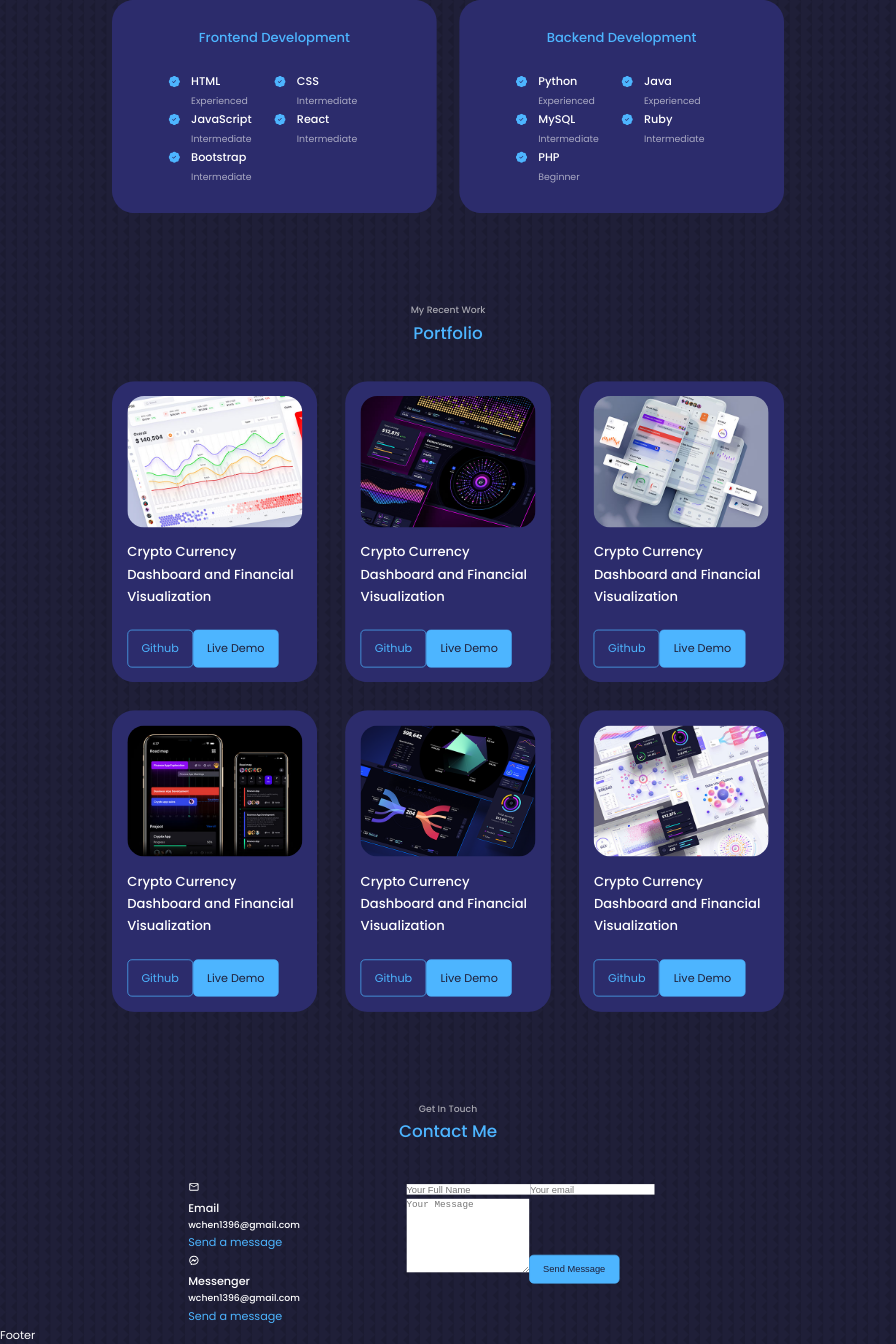
Repository: smallchungus/resumeWebsite
Page: / (app in hello/)
An editor plug-in stored every save of this project. The page is shown before and after a run of saves, followed by the edit.
The browser window is 1280 px wide. The pictures show the part of the page from y = 1902 to 3822 px (the page is 3822 px tall), at 70% of full size.
The project was rebuilt for these pictures with package versions that can differ from the ones it lists, and the page was loaded fresh each time. Also part of the build but not shown: hello/src/components/services/Services.jsx, hello/src/components/testimonial/Testimonial.jsx, hello/src/components/footer/footer.css. Imported but missing from the stored project, and not drawn on this page: hello/src/assets/cv.pdf.

Above is the page before, as saved 2023-03-24 13:21:52.

### hello/public/index.html
<!DOCTYPE html>
<html lang="en">

<head>
    <meta charset="UTF-8">
    <meta http-equiv="X-UA-Compatible" content="IE=edge">
    <meta name="viewport" content="width-device-width, initial-scale=1.0">
    <title>Resume Portfolio Website</title>
</head>
<body>
    <div id="root"></div>
</body>
</html>

### hello/src/App.jsx
import React from 'react'
import Header from './components/header/Header'
import Nav from './components/nav/Nav'
import About from './components/about/About'
import Experience from './components/experience/Experience'
import Services from './components/services/Services'
import Portfolio from './components/portfolio/Portfolio'
import Testimonial from './components/testimonial/Testimonial'
import Contact from './components/contact/Contact'
import Footer from './components/footer/Footer'

const App = () => {
  return (
    <>
    <Header />
    <Nav />
    <About />
    <Experience />
   {/* <Services /> */}
    <Portfolio />
  {/*<Testimonial/> */}
    <Contact />
    <Footer />
    </>
  )
}

export default App

### hello/src/index.css
@import url('https://fonts.googleapis.com/css2?family=Poppins:wght@300;400;500;600&display=swap');

*{
    margin: 0;
    padding: 0;
    border :0;
    outline: 0;
    box-sizing: border-box;
    list-style: none;
    text-decoration: none;

}

:root {
    --color-bg: #1f1f38;
    --color-bg-variant: #2c2c6c;
    --color-primary: #4db5ff;
    --color-primary-variant: rgba(77, 181, 255, 0.4);
    --color-white: #fff;
    --color-light: rgba(255,255,255,0.6);

    --transition: all 400ms ease;

    --container-width-lg: 75%;
    --container-width-md: 86%;
    --container-width-sm: 90%;

}

html{
    scroll-behavior: smooth;
}

body{
    font-family: 'Poppins', sans-serif;
    background: var(--color-bg);
    color: var(--color-white);
    line-height: 1.7;
    background-image: url(../src/assets/bg-texture.png)
}

/* ======================= General Styles =================*/

.container{
    width: var(--container-width-lg);
    margin: 0 auto;
}

h1,h2,h3,h4,h5{
    font-weight: 500;
}

h1{
    font-size:2.5rem;

}

section {
    margin-top: 8rem;

}

section > h2, section > h5 {
    text-align: center;
    color: var(--color-light);
}

section > h2 {
    color: var(--color-primary);
    margin-bottom: 3rem;
}

.text-light{
    color:var(--color-light);
}

a{
    color: var(--color-primary);
    transition: var(--transition);
}

a:hover{
    color: var(--color-white);
}

.btn{
    width: max-content;
    display: inline-block;
    color: var(--color-primary);
    padding: 0.75rem 1.2rem;
    border-radius: 0.4rem;
    cursor: pointer;
    border: 1px solid var(--color-primary);
    transition: var( --transition );
}

.btn:hover{
    background: var(--color-white);
    color: var(--color-bg);
    border-color: transparent;
}

.btn-primary{
    background: var(--color-primary);
    color: var(--color-bg);
}

img{
    display: block;
    width: 100%;
    object-fit: cover;
}


/*==================Media Queries (Medium Devices ) ============= */
@media screen and (max-width: 1024px) {
    .container{
        width: var(--container-width-md);
    }

    section{
        margin-top: 6rem;
    }
}

/*==================Media Queries (Small Devices ) ============= */
@media screen and (max-width: 600px) {
    .container{
        width: var(--container-width-sm);
    }

    section > h2{
        margin-top: 2rem;
    }
}

### hello/src/components/header/Header.jsx
import React from 'react'
import './header.css'
import CTA from './CTA'
import ME from '../../assets/me.png'
import HeaderSocials from './HeaderSocials'
const Header = () => {
  return (
    <header>
      <div className="container header_container">
        <h5>Hello I'm</h5>
        <h1>William Chen</h1>
        <h5 className='text-light'>Fullstack Developer</h5>
        <CTA />
        <HeaderSocials/>

        <div className="me">
          <img src={ME} alt="me" />
        </div>

        <a href='#contact' className='scroll_down'>Scroll down</a>
      </div>
    </header>
  )
}

export default Header

### hello/src/components/nav/Nav.jsx
import React from 'react'
import './nav.css'
import {AiOutlineHome} from 'react-icons/ai'
import {AiOutlineUser}  from 'react-icons/ai'
import {BiBook} from 'react-icons/bi'
import {RiServiceLine} from 'react-icons/ri'
import {BiMessageSquareDetail} from 'react-icons/bi'
import {useState} from 'react'

const Nav = () => {
  const[activeNav, setActiveNav] = useState('#');
  return (
    <nav>
      <a href="#" onClick={() => setActiveNav('#')} className={activeNav === '#' ? 'active' : ''}><AiOutlineHome/></a>
      <a href="#about" onClick={() => setActiveNav('#about')} className={activeNav === '#about' ? 'active' : ''}><AiOutlineUser/></a>
      <a href="#experience" onClick={() => setActiveNav('#experience')} className={activeNav === '#experience' ? 'active' : ''}><BiBook/></a>
      <a href="#services" onClick={() => setActiveNav('#services')} className={activeNav === '#services' ? 'active' : ''}><RiServiceLine/></a>
      <a href="#contact" onClick={() => setActiveNav('#contact')} className={activeNav === '#contact' ? 'active' : ''}><BiMessageSquareDetail/></a>
    </nav>
  )
}

export default Nav

### hello/src/components/about/About.jsx
import React from 'react'
import './about.css'
import ME from '../../assets/me-about.jpg'
import {FiAward} from 'react-icons/fi'
import {FiUsers} from 'react-icons/fi'
import {VscFolderLibrary} from 'react-icons/vsc'

const About = () => {
  return (
    <section id='about'>
      <h5>Get To Know </h5>
      <h2>About Me</h2>

      <div className="container about_container">
        <div className="about_me" >
          <div className="about_me-image">
          <img src={ME} alt="About Image" />
          </div>
        </div>

        <div className="about_content">
          <div className="about_cards">
            <article className="about_card">
              <FiAward className='about_icon'/>
              <h5>Experience</h5>
              <small>1 Year Working</small>
            </article>
            <article className="about_card">
              <FiUsers className='about_icon'/>
              <h5>Clients</h5>
              <small>200+ clients worldwide</small>
            </article>
            <article className="about_card">
              <VscFolderLibrary className='about_icon'/>
              <h5>Projects</h5>
              <small>80+ completed</small>
            </article>
          </div>
          <p>
          Lorem ipsum dolor sit amet, consectetur adipiscing elit. Etiam lacinia nisl sit amet placerat gravida. Phasellus nibh neque, placerat in faucibus
          id, eleifend id dui. Nunc ultrices condimentum elit eu faucibus. Curabitur sed libero magna. Pellentesque magna dui, egestas sed turpis
          sit amet, pretium dictum orci. Suspendisse vestibulum lacinia elit quis tempus. Integer at enim velit. Aenean scelerisque mollis nulla eu finibus. Aenean eu purus lacinia, ultricies dolor ac, finibus elit.
          Cras quis molestie ante. In tristique arcu libero, et egestas lorem eleifend ut. Maecenas eget sem scelerisque, aliquam nisl quis, consectetur urna. Sed at eros ac arcu iaculis blandit eget nec dui. Nullam porta,
          ipsum vitae pharetra vestibulum, nunc mi lacinia eros, pellentesque varius tortor nulla ut dui. Sed blandit leo pretium egestas vulputate. Pellentesque porta bibendum ante et consectetur.
          </p>
          <a href="#contact" className='btn btn-primary'>Let's Talk</a>

        </div>
      </div>
    </section>
  )
}

export default About

### hello/src/components/experience/Experience.jsx
import React from 'react'
import './experience.css'
import {BsPatchCheck, BsPatchCheckFill} from 'react-icons/bs'

const Experience = () => {
  return (
    <section id='experience'>
      <h5>What Skills I have</h5>
      <h2>What Experience</h2>

      <div className="container experience_container">
        <div className="experience_frontend">
          <h3>Frontend Development</h3>
          <div className="experience_content">
            <article className='experience_details'>
              <BsPatchCheckFill className='experience_details_icon'/>
              <div>
                <h4>HTML</h4>
                <small className='text-light'> Experienced </small>
              </div>
            </article>
            <article className='experience_details'>
              <BsPatchCheckFill className='experience_details_icon'/>
              <div>
                <h4>CSS</h4>
                <small className='text-light'> Intermediate </small>
              </div>
            </article>
            <article className='experience_details'>
              <BsPatchCheckFill className='experience_details_icon'/>
              <div>
                <h4>JavaScript</h4>
                <small className='text-light'> Intermediate </small>
              </div>
            </article>
            <article className='experience_details'>
              <BsPatchCheckFill className='experience_details_icon'/>
              <div>
                <h4>React</h4>
                <small className='text-light'> Intermediate </small>
              </div>
            </article>
            <article className='experience_details'>
              <BsPatchCheckFill className='experience_details_icon'/>
              <div>
                <h4>Bootstrap</h4>
                <small className='text-light'> Intermediate </small>
              </div>
            </article>
          </div>
          </div>


          <div className="experience_backend">
          <h3>Backend Development</h3>
          <div className="experience_content">
            <article className='experience_details'>
              <BsPatchCheckFill className='experience_details_icon'/>
              <div>
                <h4>Python</h4>
                <small className='text-light'> Experienced </small>
              </div>
            </article>
            <article className='experience_details'>
              <BsPatchCheckFill className='experience_details_icon'/>
              <div>
                <h4>Java</h4>
                <small className='text-light'> Experienced </small>
              </div>
            </article>
            <article className='experience_details'>
              <BsPatchCheckFill className='experience_details_icon'/>
              <div>
                <h4>MySQL</h4>
                <small className='text-light'> Intermediate </small>
              </div>
            </article>
            <article className='experience_details'>
              <BsPatchCheckFill className='experience_details_icon'/>
              <div>
                <h4>Ruby</h4>
                <small className='text-light'> Intermediate </small>
              </div>
            </article>
            <article className='experience_details'>
              <BsPatchCheckFill className='experience_details_icon'/>
              <div>
                <h4>PHP</h4>
                <small className='text-light'> Beginner </small>
              </div>
            </article>
            </div>
          </div>
      </div>
    </section>
  )
}

export default Experience

### hello/src/components/portfolio/Portfolio.jsx
import React from 'react'
import './portfolio.css'
import IMG1 from '../../assets/portfolio1.jpg'
import IMG2 from '../../assets/portfolio2.jpg'
import IMG3 from '../../assets/portfolio3.jpg'
import IMG4 from '../../assets/portfolio4.jpg'
import IMG5 from '../../assets/portfolio5.png'
import IMG6 from '../../assets/portfolio6.jpg'

const data =[
  {
    id: 1,
    image: IMG1,
    title: 'Crypto Currency Dashboard and Financial Visualization',
    github: 'https://github.com',
    demo: 'https://dribble.com/shots/16673715-Crypto-currency-dashboards-and-financial-data-visualization'
  },
  {
    id: 2,
    image: IMG2,
    title: 'Crypto Currency Dashboard and Financial Visualization',
    github: 'https://github.com',
    demo: 'https://dribble.com/shots/16673715-Crypto-currency-dashboards-and-financial-data-visualization'
  },
  {
    id: 3,
    image: IMG3,
    title: 'Crypto Currency Dashboard and Financial Visualization',
    github: 'https://github.com',
    demo: 'https://dribble.com/shots/16673715-Crypto-currency-dashboards-and-financial-data-visualization'
  },
  {
    id: 4,
    image: IMG4,
    title: 'Crypto Currency Dashboard and Financial Visualization',
    github: 'https://github.com',
    demo: 'https://dribble.com/shots/16673715-Crypto-currency-dashboards-and-financial-data-visualization'
  },
  {
    id: 5,
    image: IMG5,
    title: 'Crypto Currency Dashboard and Financial Visualization',
    github: 'https://github.com',
    demo: 'https://dribble.com/shots/16673715-Crypto-currency-dashboards-and-financial-data-visualization'
  },
  {
    id: 6,
    image: IMG6,
    title: 'Crypto Currency Dashboard and Financial Visualization',
    github: 'https://github.com',
    demo: 'https://dribble.com/shots/16673715-Crypto-currency-dashboards-and-financial-data-visualization'
  },
]
const Portfolio = () => {
  return (
    < section id='portfolio'>
    <h5>My Recent Work</h5>
    <h2>Portfolio</h2>

    <div className="container portfolio_container">
    {
      data.map(({id, image, title, github, demo}) => {
        return(
      <article key={id} className='portfolio_item'>
        <div className='portfolio_item-image'>
          <img src={image} alt={title}/>
        </div>
        <h3>{title}</h3>
        <div className="portoflio_item-cta">
          <a href={github} className='btn' target='blank'>Github</a>
          <a href={demo} className='btn btn-primary' target='_blank'>Live Demo</a>
        </div>
      </article>
        )
      })
    }
    </div>
  </section>
  )
}

export default Portfolio

### hello/src/components/contact/Contact.jsx
import React from 'react'
import './contact.css'
import {MdOutlineEmail} from 'react-icons/md'
import {RiMessengerLine} from 'react-icons/ri'


const Contact = () => {
  return (
    <section id='contact'>
      <h5>Get In Touch</h5>
      <h2>Contact Me</h2>

      <div className="container contact_container">
        <div className="contact_options">
          <article className="contact_option">
            <MdOutlineEmail/>
            <h4>Email</h4>
            <h5>wchen1396@gmail.com</h5>
            <a href="mailto:wchen1396@gmail.com">Send a message</a>
          </article>
          <article className="contact_option">
            <RiMessengerLine/>
            <h4>Messenger</h4>
            <h5>wchen1396@gmail.com</h5>
            <a href="https://www.facebook.com/smalltaiwaneseboyo/">Send a message</a>
          </article>
        </div>
        {/*END OF CONTACT OPTIONS */}
        <form action="">
          <input type="text" name='name' placeholder='Your Full Name' required/>
          <input type='email' name='email' placeholder='Your email' required/>
          <textarea name="message" rows="7" placeholder='Your Message' required></textarea>
          <button type='submit' className='btn btn-primary'>Send Message</button>
        </form>
      </div>
    </section>
  )
}

export default Contact

### hello/src/components/header/header.css
header {
    height: 100vh;
    padding-top: 7rem;
    overflow: hidden;
}

.header_container{
    text-align: center;
    height: 100%;
    position: relative;
}

/*========================= CTA ======================= */
.cta {
    margin-top: 2.5rem;
    display: flex;
    gap: 1.2rem;
    justify-content: center;

}

/* ======================= Header Socials ==================== */
.header_socials {
    display: flex;
    flex-direction: column;
    align-items: center;
    gap: 0.8rem;
    position: absolute;
    left: 0;
    bottom: 3rem;

}

.header_socials::after{
    content: '';
    width: 1px;
    height: 2rem;
    background: var(--color-primary);
}

/* ===================== ME ==================*/

.me{
    background: linear-gradient(var(--color-primary), transparent);
    width: 22rem;
    height: 30rem;
    position: absolute;
    left: calc(50% - 11rem);
    margin-top: 4rem;
    border-radius: 12rem 12rem 0 0;
    overflow: hidden;
    padding: 5rem 1.5rem 1.5rem 1.5rem;

}

.scroll_down {
    position: absolute;
    right: -2.3rem;
    bottom: 5rem;
    transform: rotate(90deg);
    font-weight: 300;
    font-size: 0.9rem;
}

@media screen and (max-width: 600px) {
    header {
        height: 100vh;
    }
}

@media screen and (max-width: 600px)
{
    header {
        height: 100vh;
    }

    .header_socials, .scroll_down{
        display: none;
    }
}

### hello/src/components/header/CTA.jsx
import React from 'react'
import CV from '../../assets/cv.pdf'
const CTA = () => {
  return (
    <div className ='cta'>
        <a href={CV} download className='btn'>Download CV</a>
        <a href="#contact" className='btn btn-primary'>Let's Talk</a>
    </div>
  )
}

export default CTA

### hello/src/components/header/HeaderSocials.jsx
import React from 'react'
import {BsLinkedin} from 'react-icons/bs'
import {BsGithub} from 'react-icons/bs'
import {AiFillDribbbleSquare} from 'react-icons/ai'
const HeaderSocials = () => {
  return (
    <div className='header_socials'>
        <a href="https://linkedin.com/willchenn" target="_blank"><BsLinkedin></BsLinkedin></a>
        <a href="https://github.com/smallchungus" target="_blank"><BsGithub></BsGithub></a>
        <a href="https://dribble.com/" target="_blank"><AiFillDribbbleSquare></AiFillDribbbleSquare></a>
        </div>
  )
}

export default HeaderSocials

### hello/src/components/nav/nav.css
nav {
    background: rgba(0, 0, 0, 0.3);
    width: max-content;
    display: block;
    padding: 0.7rem 1.7rem;
    z-index: 2;
    position: fixed;
    left: 50%;
    transform: translateX(-50%);
    bottom: 2rem;
    display: flex;
    gap: 0.8rem;
    border-radius: 3rem;
    backdrop-filter: blur(15px);
}

nav a{
    background: transparent;
    padding: 0.9rem;
    border-radius: 50%;
    display: flex;
    color: var(--color-light);
    font-size: 1.1rem;
}

nav a:hover{
    background: rgba(0,0,0,0.3);
}

nav a.active {
    background: var(--color-bg);
    color: var(--color-white);
}

### hello/src/components/about/about.css
.about_container {
    display: grid;
    grid-template-columns: 35% 50%;
    gap: 15%;
}

.about_me {
    width: 100%;
    aspect-ratio: 1/1;
    border-radius: 2rem;
    background: linear-gradient(
        45deg,
        transparent,
        var(--color-primary),
        transparent
    );
    display: grid;
    place-items: center;
}

.about_me-image{
    border-radius: 2rem;
    overflow: hidden;
    transform: rotate(10deg);
    transition: var(--transition);

}

.about_me-image:hover{
    transform: rotate(0);
}

.about_cards{
    display: grid;
    grid-template-columns: repeat(3, 1fr);
    gap: 1.5rem;
}

.about_card {
    background: var(--color-bg-variant);
    border: 1px solid transparent;
    border-radius: 1rem;
    padding: 2rem;
    text-align: center;
    transition: var(--transition);
}

.about_card:hover {
    background: transparent;
    border-color: var(--color-primary-variant);
    cursor: default;
}

.about_icon {
    color: var(--color-primary);
    font-size: 1.4 rem;
    margin-bottom: 1rem;
}

.about_card h5 {
    font-size: 0.95rem;
}

.about_card small {
    font-size: 0.7 rem;
    color: var(--color-light);
}

.about_content p {
    margin: 2rem 0 2.6 rem;
    color: var(--color-light);
}

@media screen and (max-width: 1024px) {
    .about_container {
        grid-template-columns: 1fr;
        gap: 0;
    }

    .about_me {
        width: 50%;
        margin: 2rem auto 4rem;
    }

    .about_content p{
        margin: 1rem 0 1.5rem;
    }
}

@media screen and (max-width: 600px )
{
    .about_me{
        width: 65%;
        margin: 0 auto 3rem;
    }
    .about_cards {
        grid-template-columns: 1fr 1fr;
        gap: 1rem;
    }
    .about_content {
        text-align: center;
    }
    .about_content p {
        margin: 1.5rem 0;
    }
}

### hello/src/components/experience/experience.css
.experience_container{
    display: grid;
    grid-template-columns: 1fr 1fr;
    gap: 2rem;
}

.experience_container > div {
    background: var(--color-bg-variant);
    padding: 2.4rem 5rem;
    border-radius: 2rem;
    border: 1px solid transparent;
    transition: var(--transition);
}

.experience_container > div:hover {
    background: transparent;
    border-color: var(--color-primary-variant);
    cursor: default;
}

.experience_container > div h3 {
    text-align: center;
    margin-bottom: 2rem;
    color: var(--color-primary);
}

.experience_content {
    display: grid;
    grid-template-columns: 1fr 1fr;
}

.experience_details {
    display: flex;
    gap: 1rem;
}

.experience_details_icon {
     margin-top: 6px;
     color: var(--color-primary);
}


@media screen and (max-width:1024px) {
    .experience_container {
        grid-template-columns: 1fr;
    }

    .experience_container > div{
        width: 80%;
        padding: 2rem;
        margin: 0 auto;
    }
    .experience_content{
        padding: 1rem;
    }
}

@media screen and (max-width:600px) {
    .experience_container {
        gap: 1rem;
    }

    .experience_container > div {
        width: 100%;
        padding: 2rem 1rem;
    }
}

### hello/src/components/portfolio/portfolio.css
.portfolio_container{
    display:grid;
    grid-template-columns: repeat(3, 1fr);
    gap: 2.5rem;
}

.portfolio_item{
    background: var(--color-bg-variant);
    padding: 1.3rem;
    border-radius: 2rem;
    border: 1px solid transparent;
    transition: var(--transition);
}

.portfolio_item:hover {
    border-color: var(--color-primary-variant);
    background:transparent;
}

.portfolio_item-image{
    border-radius: 1.5rem;
    overflow: hidden;
}

.portfolio_item h3{
    margin: 1.2rem 0 2rem;
}

.portolio_item-cta{
    display: flex;
    gap: 1rem;
    margin-bottom: 1rem;
}

@media screen and (max-width: 1024px) {
    .portfolio_container{
        grid-template-columns: 1fr 1fr;
        gap: 1.2rem;
    }

}
@media screen and (max-width: 600px) {
    .portfolio_container{
        grid-template-columns: 1fr;
        gap: 1rem;
    }

}

### hello/src/components/contact/contact.css
.container.contact_container{
    width: 58%;
    display: grid;
    grid-template-columns: 30% 58%;
    gap: 12%;
}

.contact_options {
    display: flex;
    flex-direction: column;
    gap: 1.2 rem;
}

Loaded but not shown: hello/src/index.js (common file); hello/src/components/footer/Footer.jsx (common file); hello/src/components/services/services.css (no stored copy; drawn as an empty file); hello/src/components/testimonial/testimonial.css (no stored copy; drawn as an empty file)

After the next 3 saves:
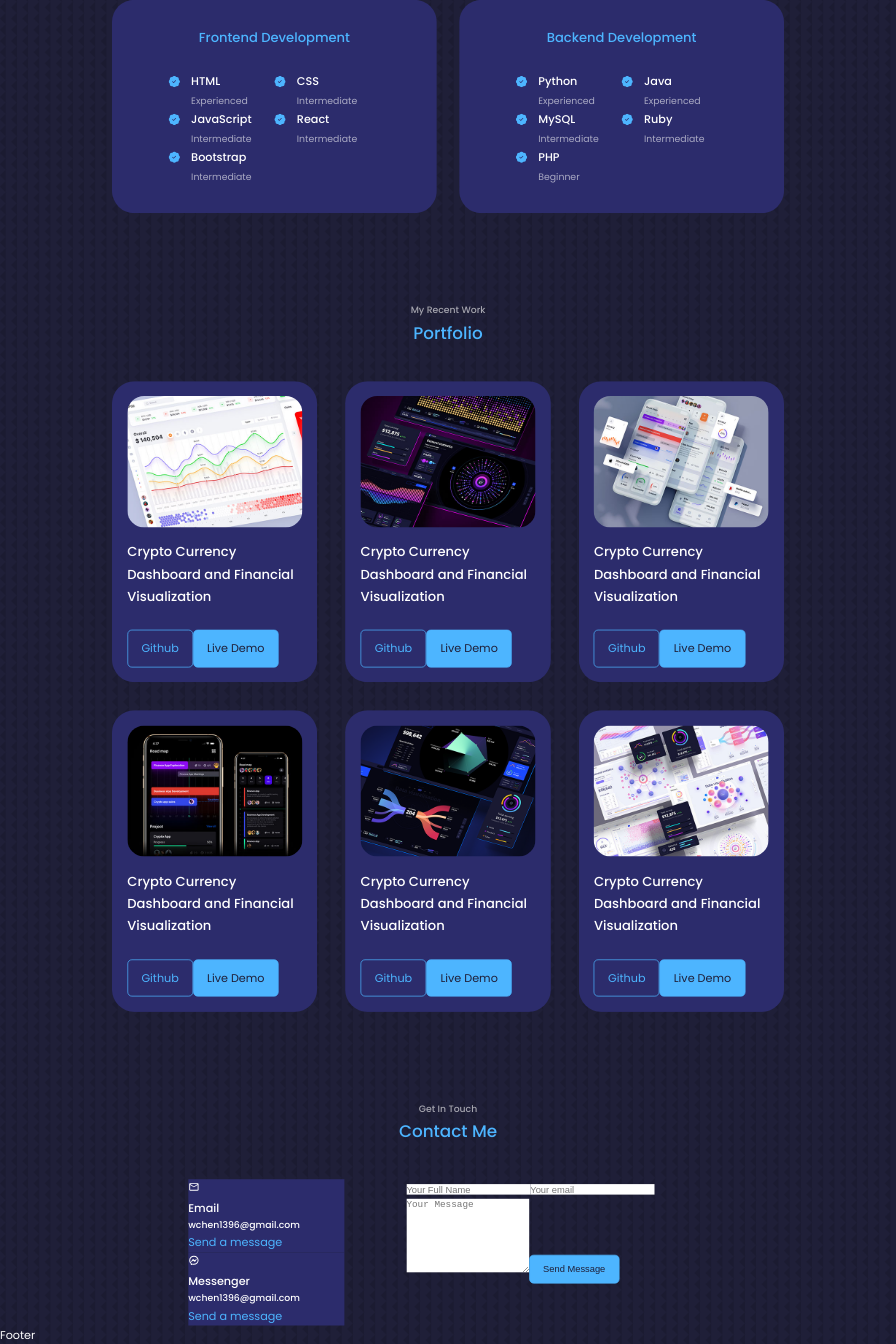
The 3 saves are shown as one change because they came seconds apart.
The last was saved 16 s later.
--- a/hello/src/components/contact/contact.css
+++ b/hello/src/components/contact/contact.css
@@ -10,3 +10,9 @@
     flex-direction: column;
     gap: 1.2 rem;
 }
+
+.contact_option {
+    background: var(--color-bg-variant);
+
+
+}
